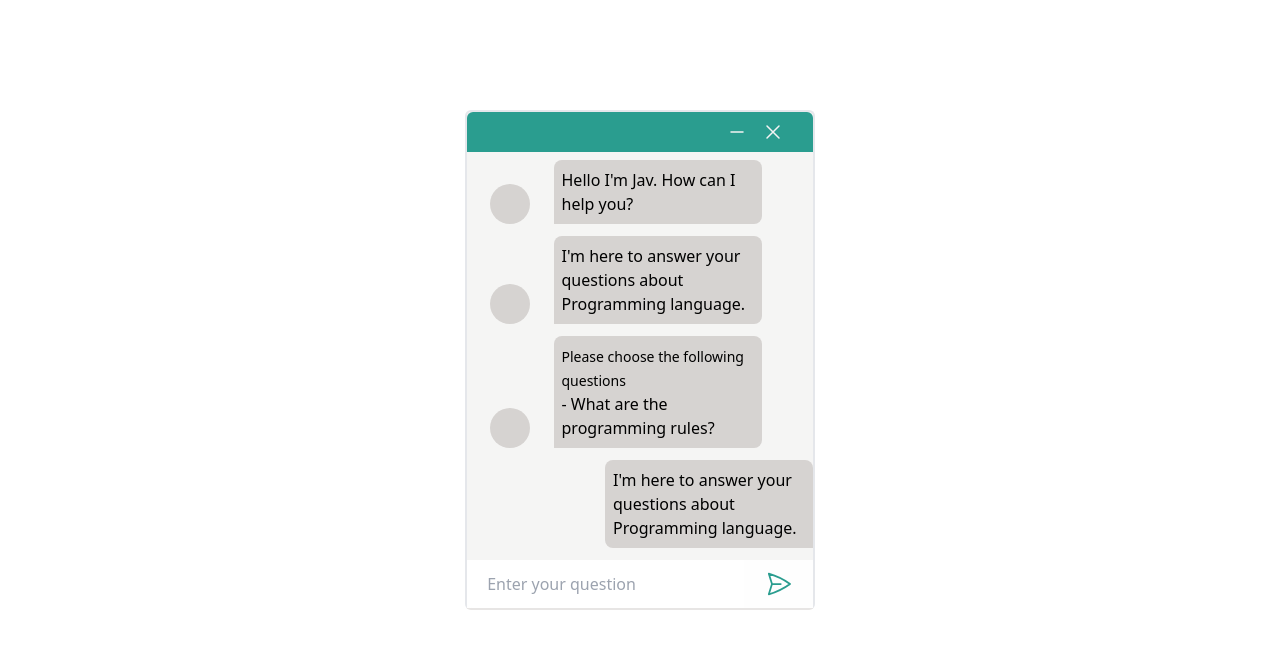
Repository: hsumyatm7308/Chatbot
Page: index.html
The author's editor kept a copy of each file at every save. The page is drawn from the files as they stood at one save, then again after a run of saves.
The browser window is 1280 px wide. The pictures show the whole page.
Some web libraries are served in a nearby version.

Above is the page before, as saved 2023-07-09 12:36:20.

### index.html
<!DOCTYPE html>
<html>

<head>
    <title>Chat Bot</title>
    <script src="https://cdn.tailwindcss.com"></script>
</head>

<body class="bg-[#fffff]">

    <div class="w-screen h-screen flex justify-center items-center   container">
        <div class="w-[350px] h-[500px] bg-[#f4f4f4] border-2 border-b-stone-200 rounded-md relative chatbot-container">
            <div
                class="w-full h-10 text-[#f4f4f4] bg-[#2a9d8f] rounded-tl-md rounded-tr-md flex justify-end items-center">
                <svg xmlns="http://www.w3.org/2000/svg" fill="none" viewBox="0 0 24 24" stroke-width="1.5"
                    stroke="currentColor" class="w-6 h-6 mr-3">
                    <path stroke-linecap="round" stroke-linejoin="round" d="M18 12H6" />
                </svg>

                <svg xmlns="http://www.w3.org/2000/svg" fill="none" viewBox="0 0 24 24" stroke-width="1.5"
                    stroke="currentColor" class="w-6 h-6 mr-7">
                    <path stroke-linecap="round" stroke-linejoin="round" d="M6 18L18 6M6 6l12 12" />
                </svg>

            </div>

            <div class="w-full h-[410px] bg-stone-100 overflow-y-scroll">
                <div class="w-full grid grid-cols-4 flex profile-side mt-2 mb-3">
                    <div class="w-full h-auto flex justify-center items-end">
                        <div class="w-10 h-10 rounded-full bg-stone-300">

                        </div>
                    </div>
                    <div class=" col-span-3">
                        <div class="w-full h-auto ">
                            <div class="w-52 h-full bg-stone-300 rounded-lg rounded-bl-none p-2">
                                <span>Hello I'm Jav. How can I help you?</span>
                            </div>
                        </div>
                    </div>
                </div>


                <div class="w-full grid grid-cols-4 flex profile-side mt-2 mb-3">
                    <div class="w-full h-auto flex justify-center items-end">
                        <div class="w-10 h-10 rounded-full bg-stone-300">

                        </div>
                    </div>
                    <div class=" col-span-3">
                        <div class="w-full h-auto ">
                            <div class="w-52 h-full bg-stone-300 rounded-lg rounded-bl-none p-2">
                                <span class="">I'm here to answer your questions about Programming language.</span>
                            </div>
                        </div>
                    </div>
                </div>



                <div class="w-full grid grid-cols-4 flex profile-side mt-2 mb-3">
                    <div class="w-full h-auto flex justify-center items-end">
                        <div class="w-10 h-10 rounded-full bg-stone-300">

                        </div>
                    </div>
                    <div class=" col-span-3">
                        <div class="w-full h-auto ">
                            <div class="w-52 h-full bg-stone-300 rounded-lg rounded-bl-none p-2">
                                <span>
                                    <span class="text-sm">Please choose the following questions</span>
                                    <ul>
                                        <li class="text-md"><a href="">- What are the programming rules?</a></li>
                                    </ul>
                                </span>
                            </div>
                        </div>
                    </div>
                </div>


                <!-- from cus -->
                <div class="w-full  flex justify-end  profile-side mt-2 mb-3">
                    <div>
                        <div class="w-full h-auto  flex justify-end">
                            <div class="w-52 h-full bg-stone-300 rounded-lg rounded-br-none  p-2">
                                <span>I'm here to answer your questions about Programming language.</span>
                            </div>
                        </div>
                    </div>



                </div>

            </div>




            <div class="w-full h-12 bg-red-100 absolute bottom-0 z-10">
                <form action="" class="w-full h-12 bg-[#fefefe] flex justify-between items-center">
                    <input type="text" class="w-[80%] h-full  rounded-bl-md p-4" placeholder=" Enter your question">

                    <button type="submit" class="mr-5">
                        <svg xmlns="http://www.w3.org/2000/svg" fill="none" viewBox="0 0 24 24" stroke-width="1.5"
                            stroke="currentColor" class="w-7 h-7 text-[#2a9d8f]">
                            <path stroke-linecap="round" stroke-linejoin="round"
                                d="M6 12L3.269 3.126A59.768 59.768 0 0121.485 12 59.77 59.77 0 013.27 20.876L5.999 12zm0 0h7.5" />
                        </svg>

                    </button>
                </form>
            </div>


        </div>


    </div>


</body>

</html>

After the next 2 saves:
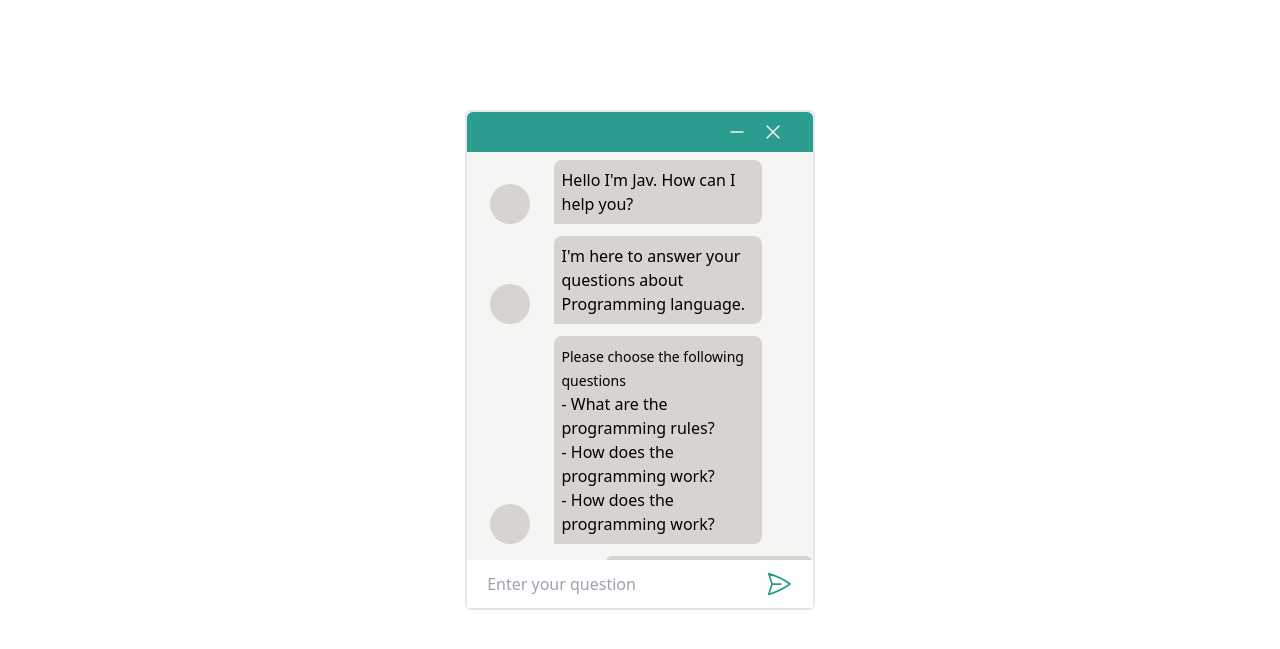
The 2 saves are shown as one change because they came seconds apart.
The last was saved 19 s later.
--- a/index.html
+++ b/index.html
@@ -71,6 +71,8 @@
                                     <span class="text-sm">Please choose the following questions</span>
                                     <ul>
                                         <li class="text-md"><a href="">- What are the programming rules?</a></li>
+                                        <li class="text-md"><a href="">- How does the programming work?</a></li>
+                                        <li class="text-md"><a href="">- How does the programming work?</a></li>
                                     </ul>
                                 </span>
                             </div>
